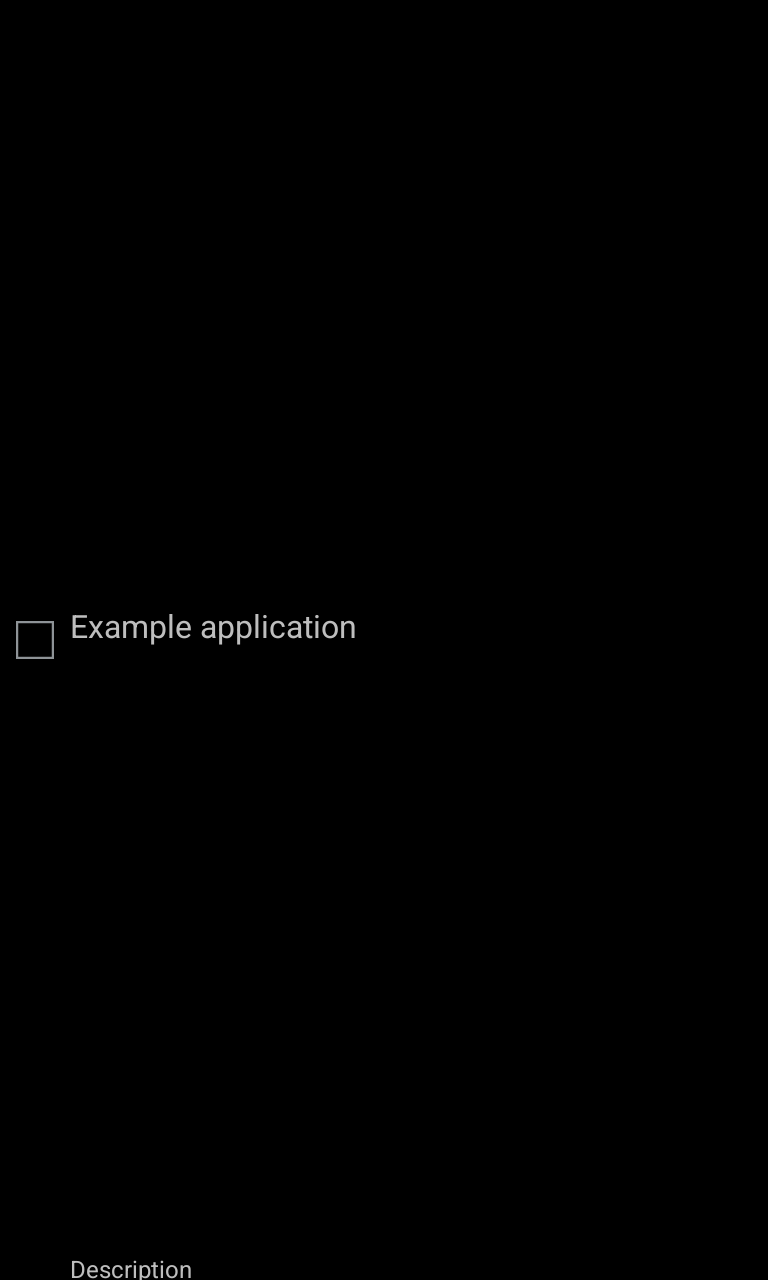
Repository: easyCZ/UoE-Projects
Layout: UG3-SELP/res/layout/sidebar_drawer.xml
The author's editor kept a copy of each file at every save. The layout is drawn from the files as they stood at one save, then again after the next save.
It is drawn on a 768 x 1280 px phone screen (xhdpi) without system bars, with theme android:Theme.Black.NoTitleBar; the app's code is not run.

Above is the layout before, as saved 2013-12-05 17:15:27.

After the next save:
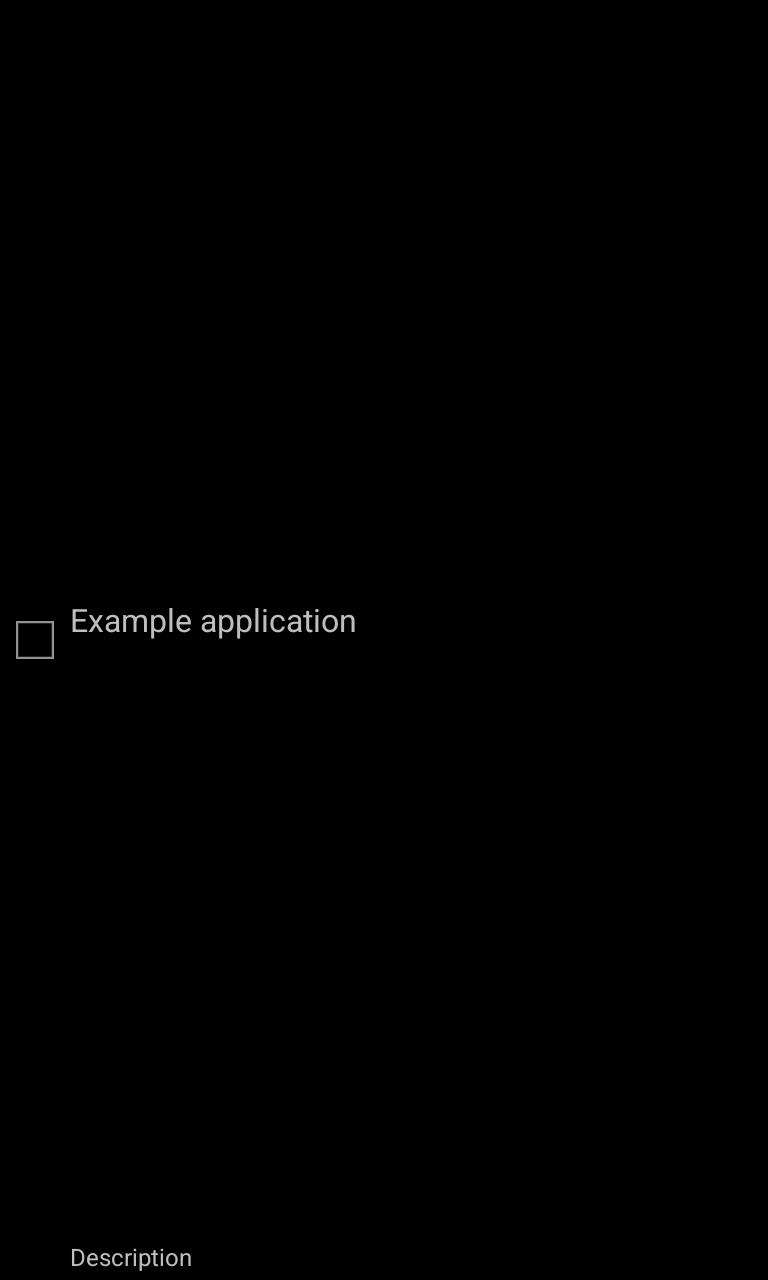
Saved 30 s later.
--- a/UG3-SELP/res/layout/sidebar_drawer.xml
+++ b/UG3-SELP/res/layout/sidebar_drawer.xml
@@ -16,7 +16,7 @@
     <TextView
         android:id="@+id/secondLine"
         android:layout_width="fill_parent"
-        android:layout_height="14dip"
+        android:layout_height="20dip"
         android:layout_alignParentBottom="true"
         android:layout_alignParentRight="true"
         android:layout_toRightOf="@id/sidebarIcon"
